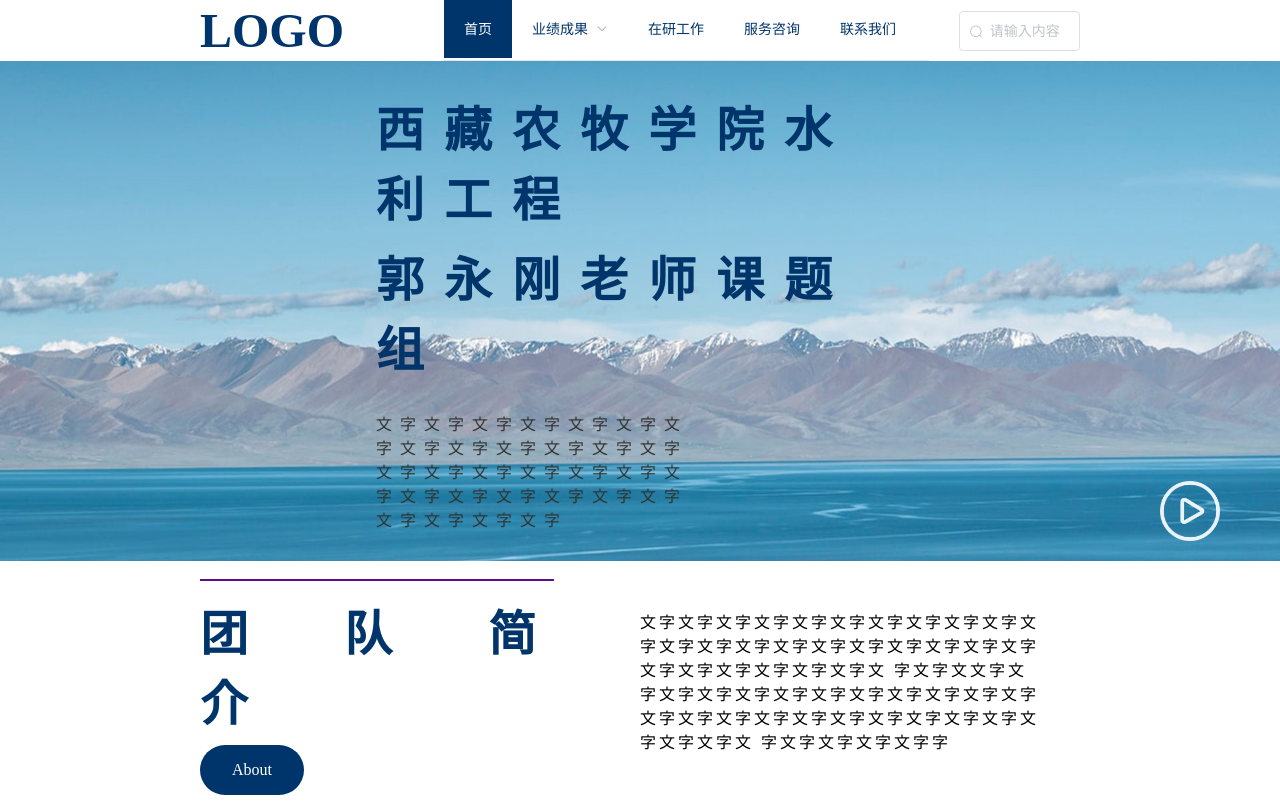
Repository: BLSY/xzust
Page: /
An editor plug-in stored every save of this project. The page is shown before and after the next save, followed by the edit.
The browser window is 1280 px wide. The pictures show the whole page.
The project was rebuilt for these pictures with package versions that can differ from the ones it lists, and the page was loaded fresh each time.

Above is the page before, as saved 2022-11-27 09:56:58.

### index.html
<!DOCTYPE html>
<html>
  <head>
    <meta charset="utf-8">
    <meta name="viewport" content="width=device-width,initial-scale=1.0">
    <title>student</title>
  </head>
  <body style="margin:0;">
    <div id="app"></div>
    <!-- built files will be auto injected -->
  </body>
</html>

### src/main.js
// The Vue build version to load with the `import` command
// (runtime-only or standalone) has been set in webpack.base.conf with an alias.
import Vue from 'vue'
import App from './App'
import ElementUI from 'element-ui';
import 'element-ui/lib/theme-chalk/index.css';
import router from './router'

Vue.use(ElementUI);
Vue.config.productionTip = false

/* eslint-disable no-new */
new Vue({
  el: '#app',
  router,
  components: { App },
  template: '<App/>'
})

### src/App.vue
<template>
  <div id="app">
    <router-view/>
  </div>
</template>

<script>
export default {
  name: 'App'
}
</script>

<style>
#app {

}
</style>

### src/components/HelloWorld.vue
<template>
  <div class="indexBox">
    <div class="nav">
      <div class="login">LOGO</div>
      <div class="navList">
        <el-menu
          :default-active="activeIndex2"
          class="el-menu-demo"
          mode="horizontal"
          @select="handleSelect"
          background-color="#fff"
          text-color="#00356B"
          active-text-color="#fff"
        >
          <el-menu-item index="1">首页</el-menu-item>
          <el-submenu index="2">
            <template slot="title">业绩成果</template>
            <el-menu-item index="2-1">选项1</el-menu-item>
            <el-menu-item index="2-2">选项2</el-menu-item>
            <el-menu-item index="2-3">选项3</el-menu-item>
          </el-submenu>
          <el-menu-item index="3">在研工作</el-menu-item>
          <el-menu-item index="4">服务咨询</el-menu-item>
          <el-menu-item index="5">联系我们</el-menu-item>
        </el-menu>
      </div>
      <div class="serch">
        <el-input
          placeholder="请输入内容"
          prefix-icon="el-icon-search"
          v-model="input2"
        >
        </el-input>
      </div>
    </div>
    <div class="top">
      <div class="toptext">
        <h3 class="h-text">西藏农牧学院水利工程</h3>
        <h3 class="h-text" >郭永刚老师课题组</h3>
        <div class="detil">
          文字文字文字文字文字文字文字文字文字文字文字文字文字文字文字文字文字文字文字文字文字文字文字文字文字文字文字文字文字文字
        </div>

      </div>
      <div class="starvidio">
        </div>
    </div>
    <div class="team">
      <div class="team-left">
        <div class="line"></div>
        <h3 class="team-title">团队简介</h3>
        <div class="team-icon">About</div>
      </div>
      <div class="team-right">
        <div class="right-text">
          文字文字文字文字文字文字文字文字文字文字文字文字文字文字文字文字文字文字文字文字文字文字文字文字文字文字文字文
          字文字文文字文字文字文字文字文字文字文字文字文字文字文字文字文字文字文字文字文字文字文字文字文字文字文字文字文
          字文字文字文字文字字
        </div>

      </div>
    </div>
  </div>
</template>

<script>
export default {
  name: "HelloWorld",
  data() {
    return {
      activeIndex2: "1",
      input2: "",
    };
  },
  props: {
    msg: String,
  },
  methods: {
    handleSelect(key, keyPath) {
      console.log(key, keyPath);
    },
  },
};
</script>

<!-- Add "scoped" attribute to limit CSS to this component only -->
<style scoped >
*{
  list-style: none;
}
h3{
  margin: 0;
  padding: 0;
  margin: 10px 0;
}
html{
  font-size: 16px;
}
.indexBox {
  width: 100%;
  height: 100%;
  position: relative;
  box-sizing: border-box;
}
.nav {
  display: flex;
  align-items: center;
  justify-content: center;
  padding: 0 200px;
}
.login {
  flex: 1;
  display: inline-block;
  font-size: 3em;
  font-weight: bold;
  color: #00356B;
  font-family: MicrosoftYaHei;
  margin-right: 100px;
}
.navList{
  flex: 4;
  display: inline-block;
  min-width:55%;
  font-size: 2em;
}
.serch{
  flex: 1;
  display: inline-block;
  margin-left:30px ;
}
.el-menu-item.is-active{
  background: #00356B !important;
}
.top{
  box-sizing: border-box;
  background: url(../assets/topbackg.jpg) no-repeat;
  background-size:100% 100% ;
  position: relative;
  height: 500px;
  text-align: center;
  overflow: hidden;
  padding: 0 200px;
}
  .toptext{
    display: inline-block;
    margin-top: 20px;
    width: 60%;
    text-align: left;
  }
  .h-text{
    color: #00356B;
    font-size: 3em;
    letter-spacing:20px;
  }
  .detil{
    margin-top: 20px;
    display: inline-block;
    width:60%;
    font-size: 1em;
    text-align: left;
    letter-spacing: 0.5em;
    color:#333;
  }
  .starvidio{
    background: url(../assets/bapfang.png) no-repeat;
    background-size:100% 100% ;
    position: absolute;
    bottom: 20px;
    right: 60px;
    height: 60px;
    width: 60px;
  }
  .team{
    height: 240px;
    display: flex;
    flex-direction: row;
    align-items: center;
    justify-content: space-between;
    padding: 0 200px;
  }
  .team-left{
    flex: 1;
    text-align: cente;
  }
  .team-right{
    flex: 1;
  }
  .right-text{
    width: 400px;
    text-align: left;
   letter-spacing:3px;
  }
  .team-title{
    color: #00356B;
    font-size: 3em;
    letter-spacing:2em;
  }
  .line{
    display: inline-block;
    margin: auto;

    width: 80%;
    border: 1px solid #5D0E8B;
  }
  .team-icon{
    text-align: center;
    width: 104px;
    height: 50px;
    line-height: 50px;
    color: #fff;
    font-size: 1em;
    background: #00356B;
    border-radius: 25px;
  }
</style>

Loaded but not shown: src/router/index.js (common file)

After the next save:
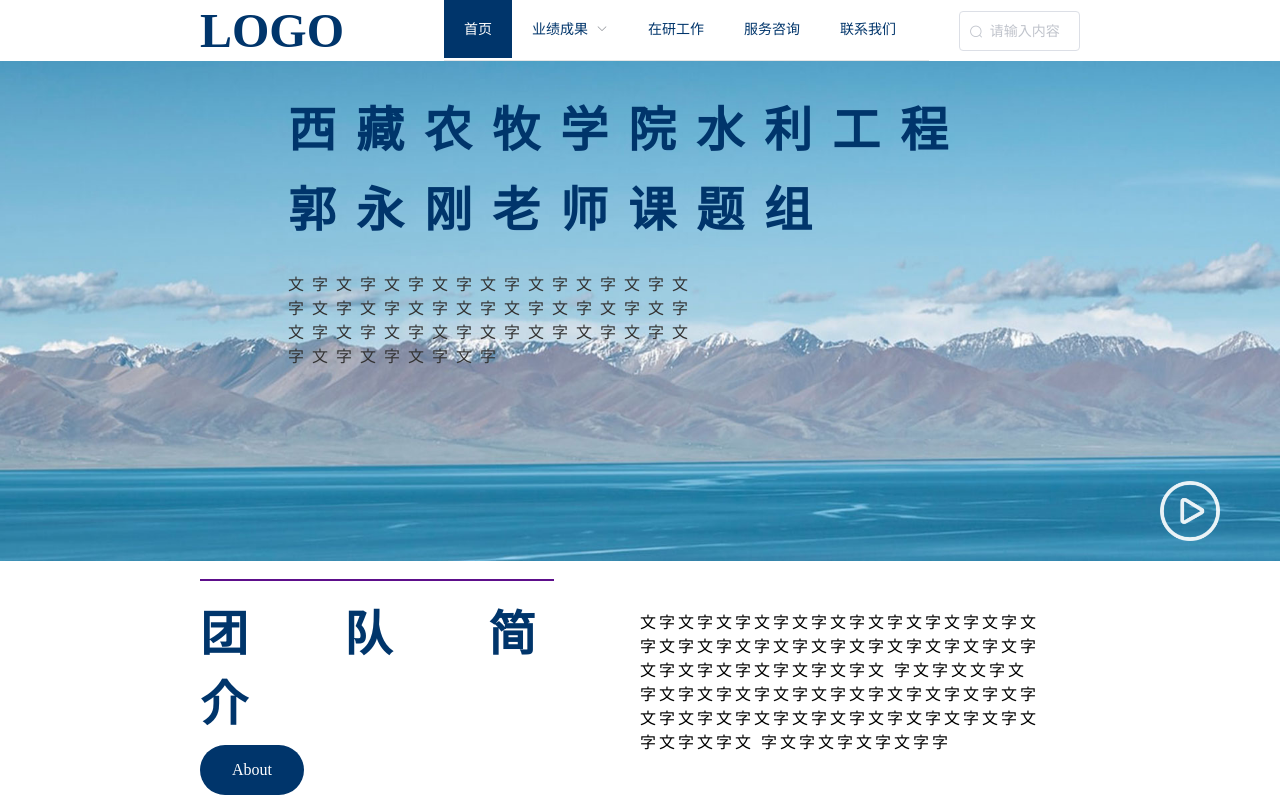
Saved 43 s later.
--- a/src/components/HelloWorld.vue
+++ b/src/components/HelloWorld.vue
@@ -144,7 +144,7 @@ html{
   .toptext{
     display: inline-block;
     margin-top: 20px;
-    width: 60%;
+    width: 80%;
     text-align: left;
   }
   .h-text{
